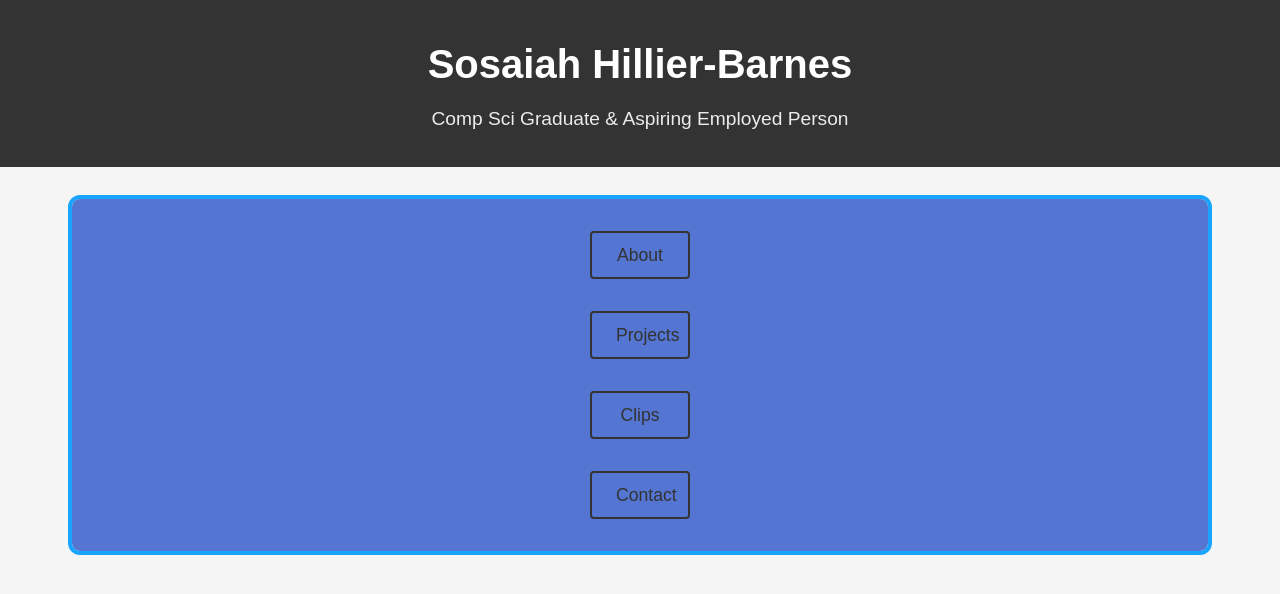
Repository: Hillier-Barnes/PortfolioWebsiteNew
Page: /
An editor plug-in stored every save of this project. The page is shown before and after a run of saves, followed by the edit.
The browser window is 1280 px wide. The pictures show the whole page.
The project was rebuilt for these pictures with package versions that can differ from the ones it lists, and the page was loaded fresh each time. Also part of the build but not shown: vite.config.js.

Above is the page before, as saved 2025-11-12 14:40:16.

After the next 2 saves:
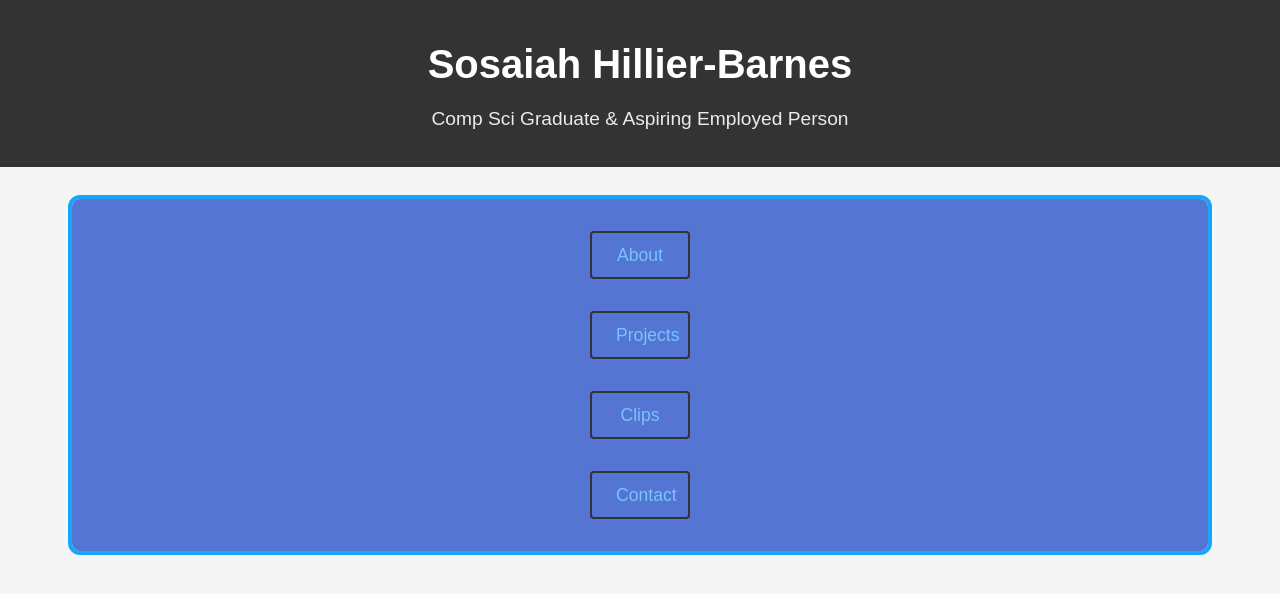
The 2 saves are shown as one change because they came seconds apart.
The last was saved 24 s later.
--- a/styles.css
+++ b/styles.css
@@ -51,7 +51,7 @@ nav {
 
 
 nav a {
-  color: #333;
+  color: #77c4ff;
   text-decoration: none;
   font-size: 1.1rem;
   padding: 0.5rem 1.5rem;
